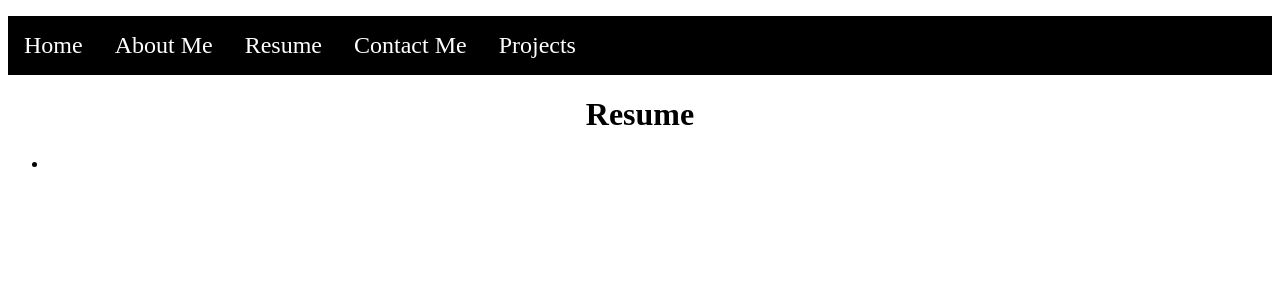
Repository: VidalLopez/VidalLopez.github.io
Page: resume.html
The author's editor kept a record of every edit. The page is drawn from the files as they stood at one moment, then again after the next edit.
The browser window is 1280 px wide. The pictures show the whole page.

Above is the page before.

After the next edit:
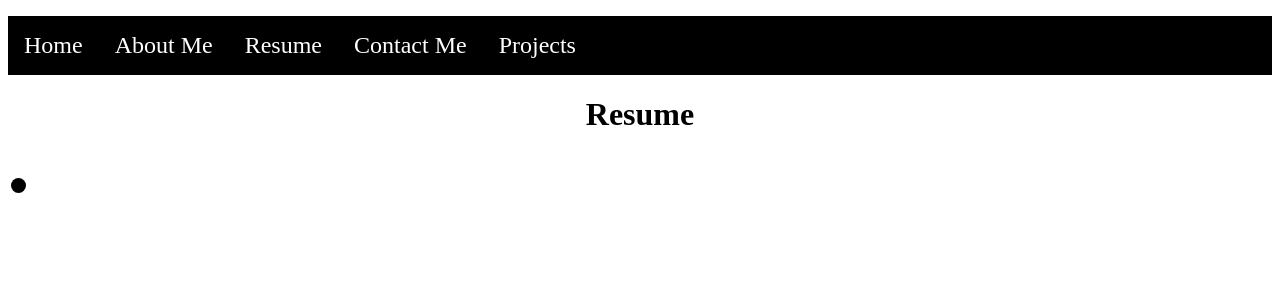
The edit:
--- a/resume.html
+++ b/resume.html
@@ -42,6 +42,9 @@
     .center {
       text-align:center;
     }
+    .contact li {
+      font-size:50px;
+    }
 
   </style>
 
